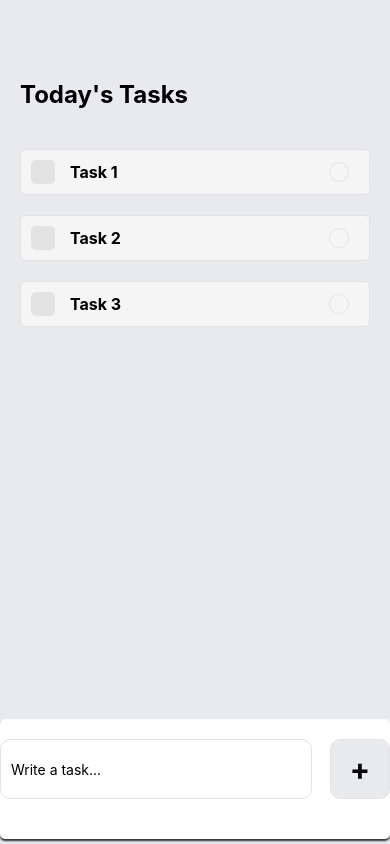
Repository: lomelo-x/ToDo-App
Screen: /
These files come from the project's save history. The screen is drawn as it stood at one moment and after the next save; the edit follows.
The app was drawn by React Native's web renderer in a window 390 px wide. The project was rebuilt for these pictures with package versions that can differ from the ones it lists, and the page was loaded fresh each time.

Above is the screen before, as saved 2022-06-17 21:32:53.

### App.js
import { StatusBar } from 'expo-status-bar';
import { StyleSheet, Text, View, KeyboardAvoidingView, Platform, TextInput, TouchableOpacity } from 'react-native';
import Task from './components/Task';

export default function App() {
	return (
		<View style={styles.container}>
			<View style={styles.todoContainer}>
				<Text style={styles.sectionTitle}>Today's Tasks</Text>
				<View style={styles.itemsContainer}>
					<Task text={'Task 1'} />
					<Task text={'Task 2'}/>
					<Task text={'Task 3'}/>
				</View>
			</View>
			<KeyboardAvoidingView
			behavior={Platform.OS === 'ios' ? 'padding' : "height" }
			style={styles.writeTaskContainer}>
				<TextInput style={styles.writeTaskInput} placeholder="Write a task..." />
				<TouchableOpacity>
					<View style={styles.addTaskButton}>
						<Text style={styles.addTaskButtonText}>+</Text>
					</View>
				</TouchableOpacity>
			</KeyboardAvoidingView>
		</View>
	);
}

const styles = StyleSheet.create({
	container: {
		flex: 1,
		backgroundColor: '#E8EAED',
	},
	todoContainer: {
		paddingTop: 80,
		paddingHorizontal: 20,
	},
	sectionTitle: {
		fontSize: 24,
		fontWeight: 'bold',
		marginBottom: 20,
	},
	itemsContainer: {
		marginTop: 20,
	},
	writeTaskContainer: {
		position: 'absolute',
		bottom: 5,
		width: '100%',
		flexDirection: 'row',
		alignItems: 'center',
		justifyContent: 'space-between',
		paddingHorizontal: 0,
		paddingVertical: 20,
		backgroundColor: '#fff',
		borderRadius: 5,
		shadowColor: '#000',
		shadowOffset: { width: 0, height: 2 },
		shadowOpacity: 0.8,
		shadowRadius: 2,
		elevation: 1,
		marginTop: 20,
	},
writeTaskInput: {
		borderWidth: 1,
		borderColor: '#e3e3e3',
		borderRadius: 10,
		padding: 10,
		marginBottom: 20,
		width: '80%',
		height: 60,
	},
addTaskButton: {
		backgroundColor: '#E8EAED',
		borderRadius: 10,
		borderWidth: 1,
		borderColor: '#e3e3e3',
		marginBottom: 20,
		width: 60,
		height: 60,
		alignItems: 'center',
		justifyContent: 'center',
	},
addTaskButtonText: {
		fontSize: 30,
		textAlign: 'center',
		fontWeight: 'bold',
	},
});

### components/Task.js
import React from 'react';
import { View, Text, StyleSheet, TouchableOpacity } from 'react-native';

const Task = ({ text }) => {
	return (
		<View style={styles.taskContainer}>
			<View style={styles.taskLeft}>
				<TouchableOpacity style={styles.square}></TouchableOpacity>
				<Text style={styles.taskText}>{text}</Text>
			</View>
			<View style={styles.taskRight}></View>
		</View>
	);
};

const styles = StyleSheet.create({
	taskContainer: {
		backgroundColor: '#f5f5f5',
		padding: 10,
		marginBottom: 10,
		borderRadius: 5,
		borderWidth: 1,
		borderColor: '#e3e3e3',
		flexDirection: 'row',
		alignItems: 'center',
		justifyContent: 'space-between',
		marginBottom: 20,
	},
	taskText: {
		fontSize: 16,
		fontWeight: 'bold',
	},
	taskLeft: {
		flexDirection: 'row',
		alignItems: 'center',
		flexWrap: 'wrap',
		maxWidth: '80%',
	},
	taskRight: {
		width: 20,
		height: 20,
		borderRadius: 50,
		borderColor: '#e3e3e3',
		borderWidth: 1,
		marginRight: 10,
	},
	square: {
		width: 24,
		height: 24,
		backgroundColor: '#e3e3e3',
		borderRadius: 5,
		marginRight: 15,
	},
});

export default Task;

After the next save:
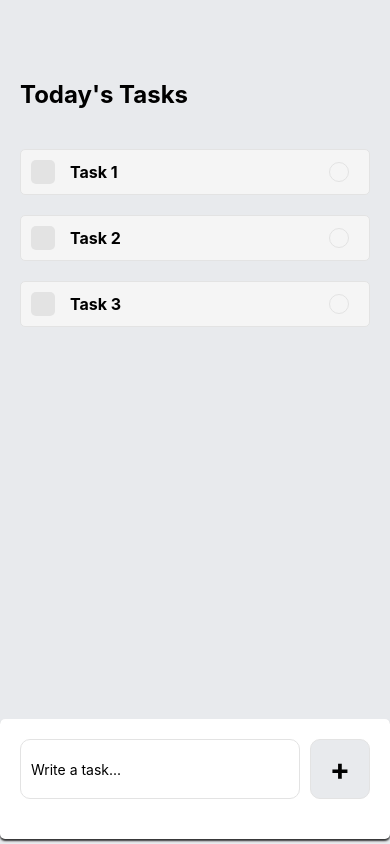
Saved 3 s later.
--- a/App.js
+++ b/App.js
@@ -51,7 +51,7 @@ const styles = StyleSheet.create({
 		flexDirection: 'row',
 		alignItems: 'center',
 		justifyContent: 'space-between',
-		paddingHorizontal: 0,
+		paddingHorizontal: 20,
 		paddingVertical: 20,
 		backgroundColor: '#fff',
 		borderRadius: 5,
